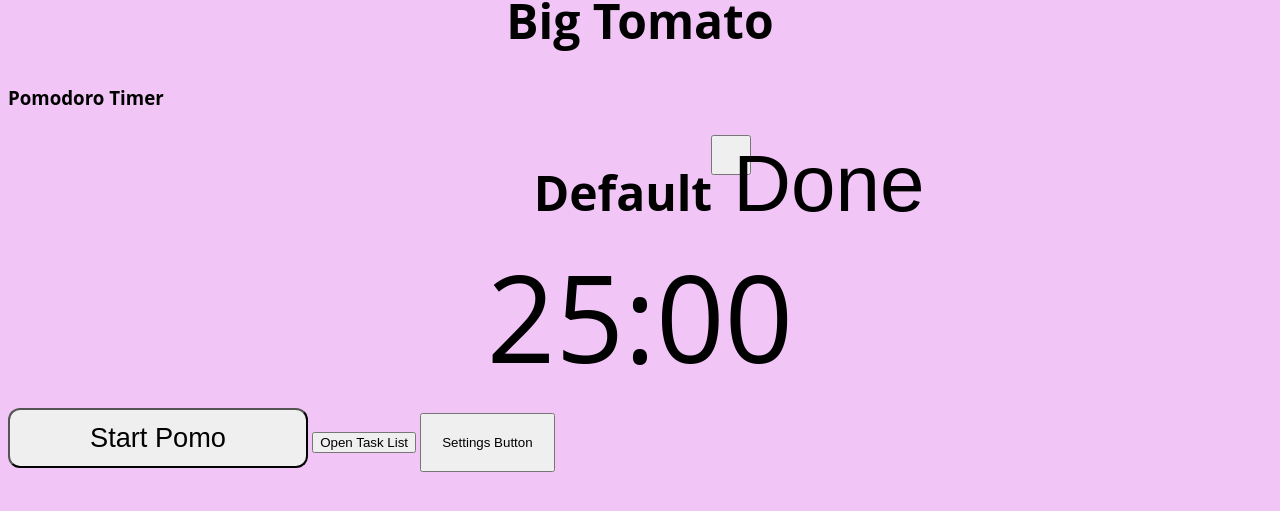
Repository: esong165/cse110-w21-group25
Page: source/index.html
An editor plug-in stored every save of this project. The page is shown before and after the next save, followed by the edit.
The browser window is 1280 px wide. The pictures show the whole page.
After loading, the first visible `#settings-button` was clicked once.

Above is the page before, as saved 2021-03-05 20:05:00.
Console error: TypeError: Cannot read properties of null (reading 'style')

After the next save:
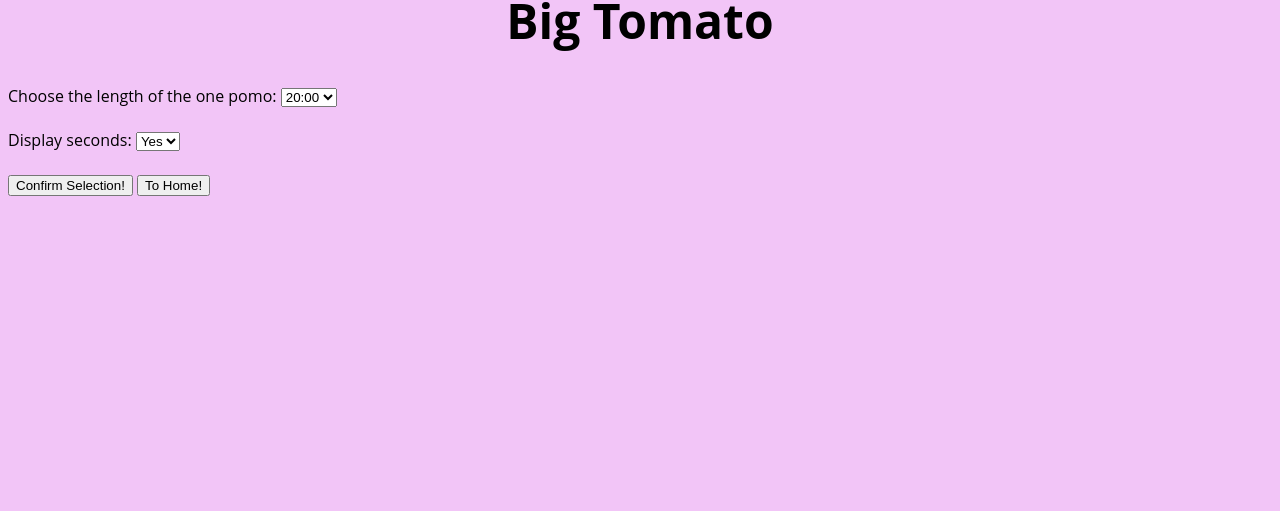
Saved 38 s later.
--- a/source/settings.js
+++ b/source/settings.js
@@ -7,8 +7,8 @@ export default class Settings {
      */
     constructor() {
         //this.buttonId = buttonId;
-        document.getElementById("homeID").style.display = "none";
-        document.getElementById("settingsID").style.display = "block";
+        document.getElementById("home-id").style.display = "none";
+        document.getElementById("settings-id").style.display = "block";
     }
 
     /**
@@ -24,24 +24,24 @@ export default class Settings {
      * Changes the timer's intervals
      */
     getPomoLength() {
-        let obj = document.getElementById("pomoLength");
+        let obj = document.getElementById("pomo-length");
         document.getElementById("time-remaining").innerHTML =
         obj.options[obj.selectedIndex].text;
     }
 
     returnHome() {
-        document.getElementById("homeID").style.display = "block";
-        document.getElementById("settingsID").style.display = "none";
+        document.getElementById("home-id").style.display = "block";
+        document.getElementById("settings-id").style.display = "none";
     }
 }
 
 document.getElementById('settings-button').addEventListener('click', () => {
     let a = new Settings();
-    document.getElementById('b1').addEventListener('click', () => {
+    document.getElementById('confirm-settings').addEventListener('click', () => {
         a.getPomoLength();
         a.getTimerStyle();
     });
-    document.getElementById('b3').addEventListener('click', () => {
+    document.getElementById('return-home').addEventListener('click', () => {
         a.returnHome();
     });
 });
